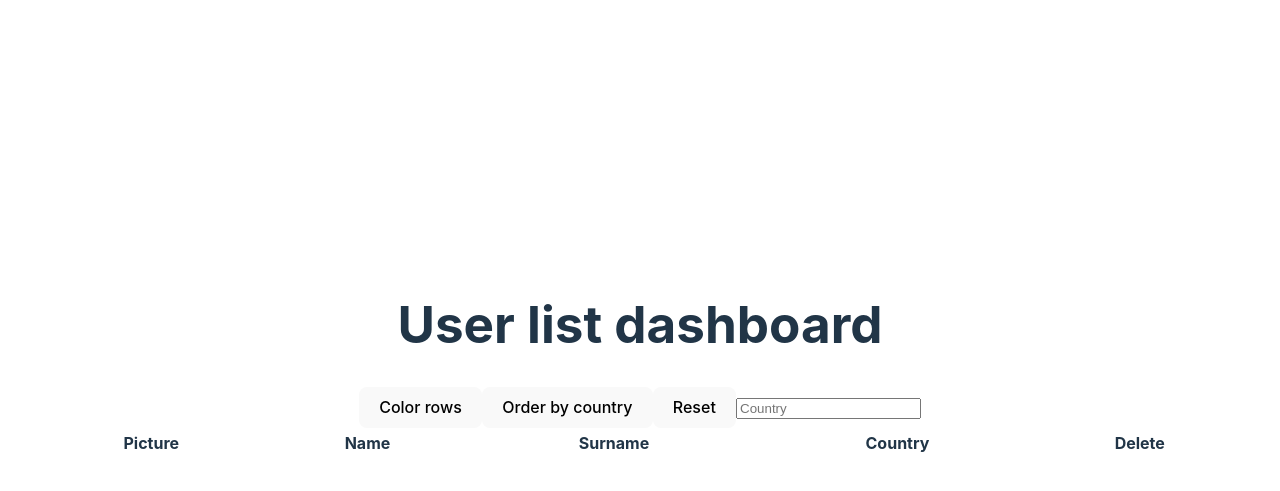
Repository: atzin-escandia/react-typescript-users-dashboard
Page: /
An editor plug-in stored every save of this project. The page is shown before and after the next save, followed by the edit.
The browser window is 1280 px wide. The pictures show the whole page.
The page's requests for data from a server got no answer. The project was rebuilt for these pictures with package versions that can differ from the ones it lists, and the page was loaded fresh each time. No one was signed in, and anything a server would have sent is missing. Also part of the build but not shown: vite.config.ts.

Above is the page before, as saved 2023-10-09 19:52:37.

After the next save:
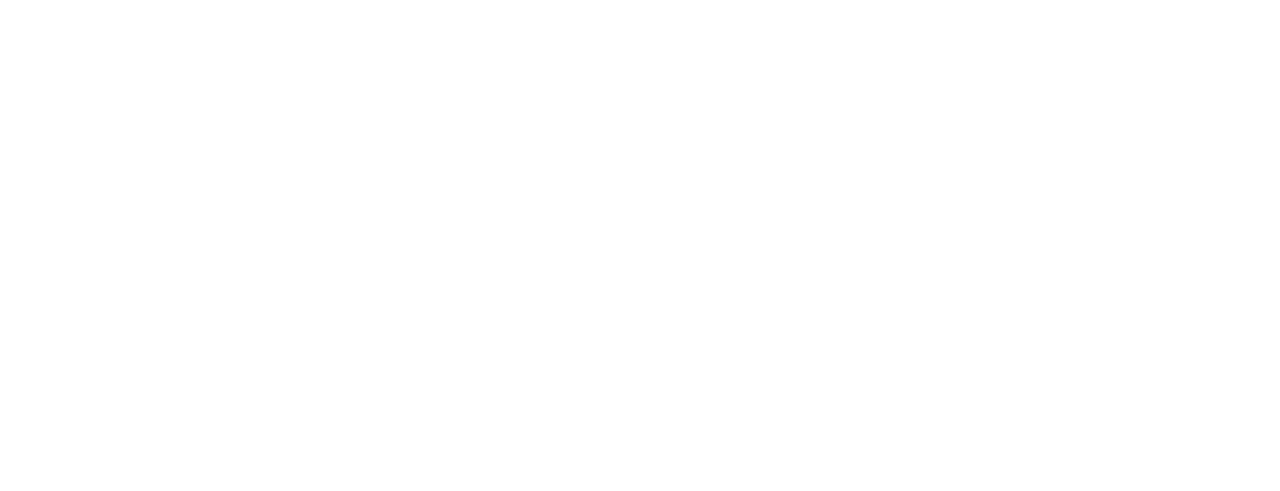
Console error: ReferenceError: string is not defined
Saved 4 s later.
--- a/src/App.tsx
+++ b/src/App.tsx
@@ -8,7 +8,7 @@
   const [showColors, setShowColors] = useState(false);
   const [users, setUsers] = useState<User[]>([]);
   const [sortUsers, setSortUsers] = useState(false);
-  const [valueSearch, setValueSearch] = useState(null);
+  const [valueSearch, setValueSearch] = useState(null | string);
 
   const originalUsers = useRef<User[]>([]);
 

After the save that followed:
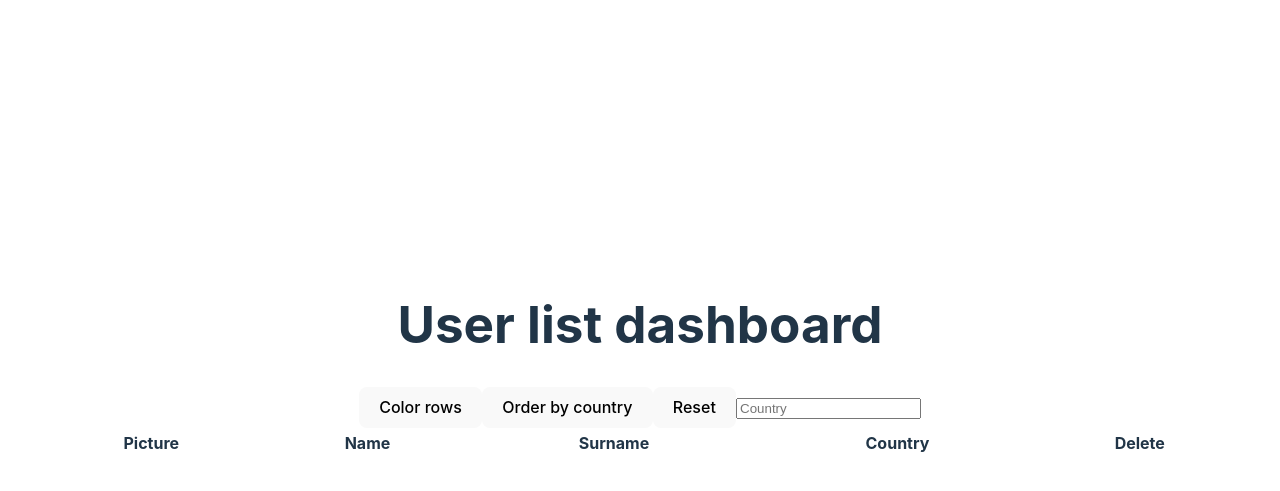
The error is gone.
Saved 14 s later.
--- a/src/App.tsx
+++ b/src/App.tsx
@@ -8,7 +8,7 @@
   const [showColors, setShowColors] = useState(false);
   const [users, setUsers] = useState<User[]>([]);
   const [sortUsers, setSortUsers] = useState(false);
-  const [valueSearch, setValueSearch] = useState(null | string);
+  const [valueSearch, setValueSearch] = useState<null | string>(null);
 
   const originalUsers = useRef<User[]>([]);
 
